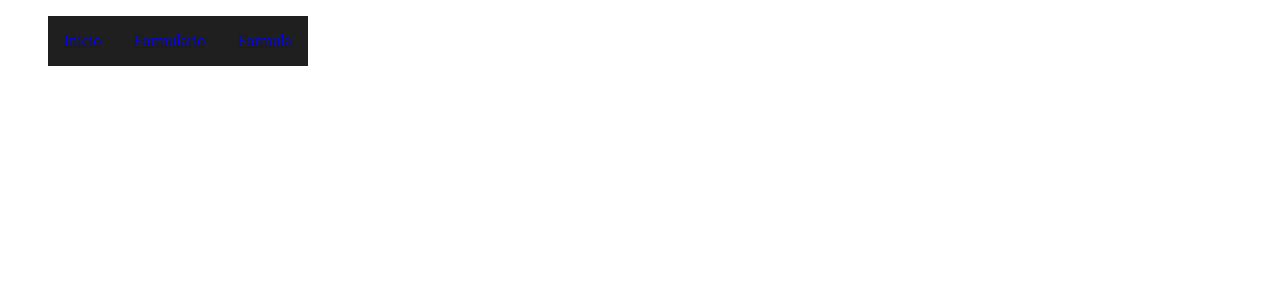
Repository: misterySnow94/tutoriales
Page: pagina basica/index.html
These files come from the project's save history. The page is drawn as it stood at one moment and after the next save; the edit follows.
The browser window is 1280 px wide. The pictures show the whole page.

Above is the page before, as saved 2019-11-03 23:38:20.

### pagina basica/index.html
<!DOCTYPE html>
<html lang="en">
<head>
    <meta charset="UTF-8">
    <meta name="viewport" content="width=device-width, initial-scale=1.0">
    <meta http-equiv="X-UA-Compatible" content="ie=edge">
    <title>inicio</title>
    <link rel="stylesheet" href="css/style.css">
</head>
<body>
    <nav>
        <ul>
            <li><a href="index.html"> Inicio </a></li>
            <li><a href="formulario.html">Formulario</a></li>
            <li><a href="formula.html">Formula</a></li>
        </ul>
    </nav>
</body>
</html>

### pagina basica/css/style.css
li{
    float: left;
    list-style: none;
    padding: 16px;
    background-color: rgb(31, 31, 31);
    color: white;
}

After the next save:
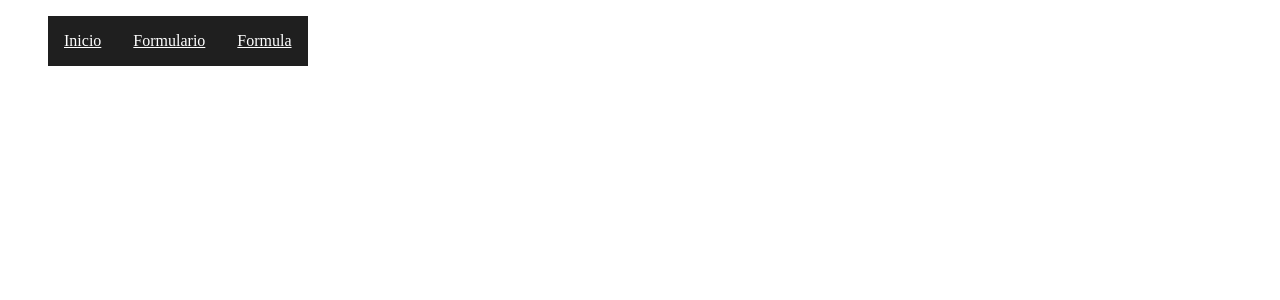
Saved 18 s later.
--- a/pagina basica/css/style.css
+++ b/pagina basica/css/style.css
@@ -3,5 +3,8 @@ li{
     list-style: none;
     padding: 16px;
     background-color: rgb(31, 31, 31);
+}
+
+a{
     color: white;
 }
